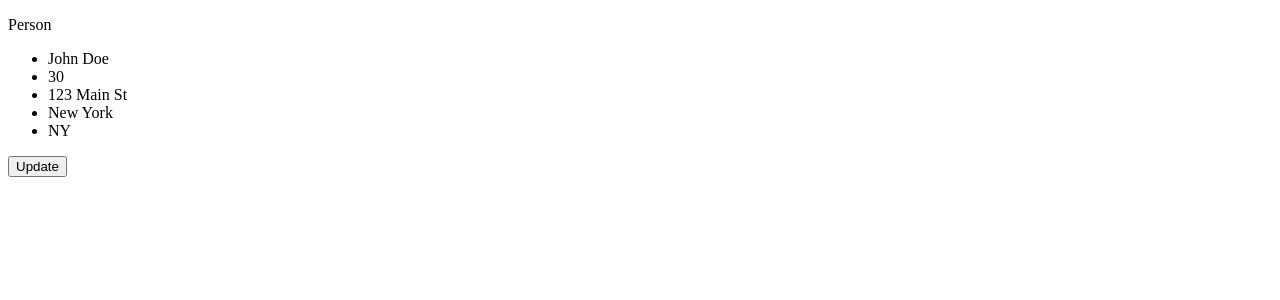
Repository: Aqui05/todo-vue
Page: /
These files come from the project's save history. The page is drawn as it stood at one moment and after the next save; the edit follows.
The browser window is 1280 px wide. The pictures show the whole page.
The project was rebuilt for these pictures with package versions that can differ from the ones it lists, and the page was loaded fresh each time. Also part of the build but not shown: vue.config.js.

Above is the page before, as saved 2024-10-31 17:11:35.

### src/App.vue
<template>
  <p>Person</p>
  <ul>
    <li>{{ person.name }}</li>
    <li>{{ person.age }}</li>
    <li>{{ person.address.street }}</li>
    <li>{{ person.address.city }}</li>
    <li>{{ person.address.state }}</li>
  </ul>
  <button @click="updatePerson">Update</button>
</template>

<script setup>
import { ref } from "vue";

const person = ref({
  name: "John Doe",
  age: 30,
  address: {
    street: "123 Main St",
    city: "New York",
    state: "NY",
  },
  hobbies: ["reading", "painting", "swimming"],
  isMarried: false,
  children: [
    {
      name: "Jane Doe",
      age: 5,
    },
    {
      name: "Bob Doe",
      age: 8,
    },
  ],
  updatePerson() {
    person.value.name = "Jane Smith";
    person.value.age = 28;
    person.value.address.street = "456 Elm St";
    person.value.hobbies.push("cooking");
    person.value.isMarried = true;
    person.value.children.push({
      name: "Alice Doe",
      age: 10,
    });
    console.log("Person updated");
  },
});
</script>

Loaded but not shown: public/index.html (common file); src/main.js (common file)

After the next save:
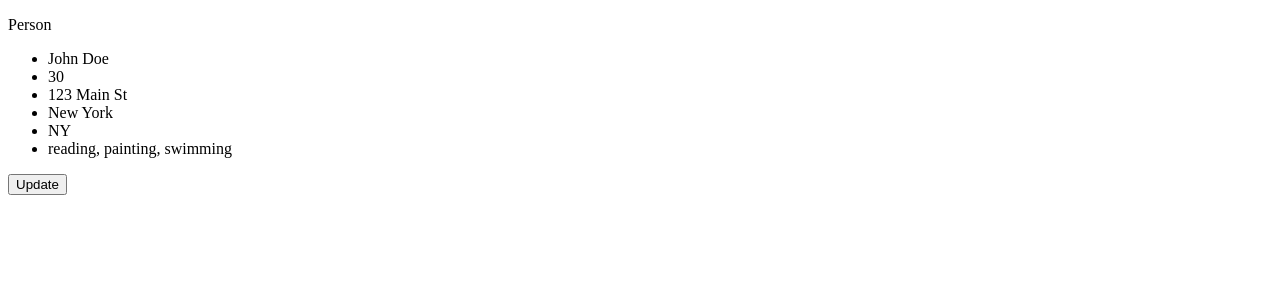
Saved 25 s later.
--- a/src/App.vue
+++ b/src/App.vue
@@ -6,6 +6,7 @@
     <li>{{ person.address.street }}</li>
     <li>{{ person.address.city }}</li>
     <li>{{ person.address.state }}</li>
+    <li>{{ person.hobbies.join(", ") }}</li>
   </ul>
   <button @click="updatePerson">Update</button>
 </template>
